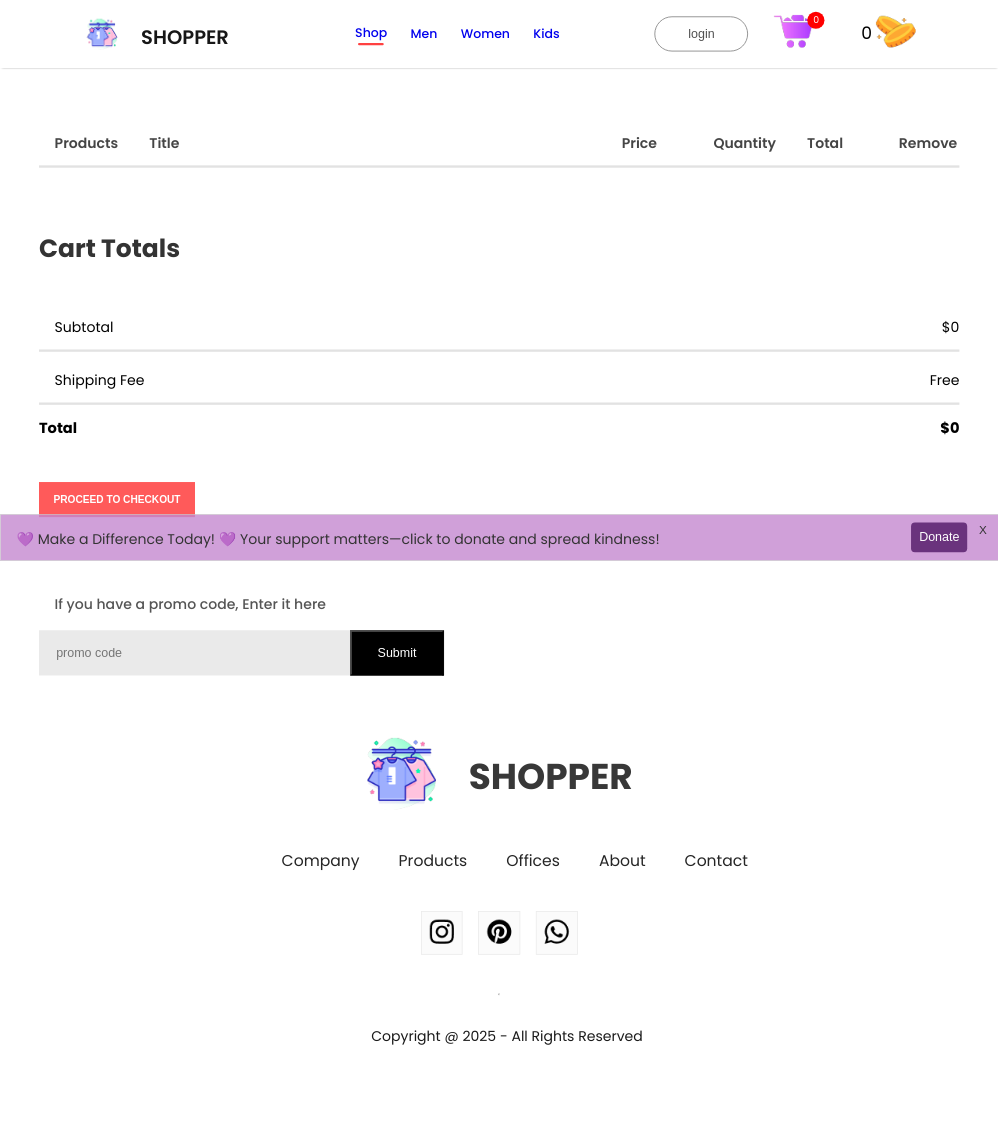
Repository: PayalJakhar/Shoppers-E-commerce-Website
Page: /cart (app in frontend/)
The author's editor kept a copy of each file at every save. The page is drawn from the files as they stood at one save, then again after a run of saves.
The browser window is 1280 px wide. The pictures show the whole page, at 78% of full size.
The page's requests for data from a server got no answer. The project was rebuilt for these pictures with package versions that can differ from the ones it lists, and the page was loaded fresh each time. No one was signed in, and anything a server would have sent is missing. Also part of the build but not shown: frontend/src/App.css, frontend/src/Components/Hero/Hero.css, frontend/src/Components/Hero/Hero.jsx, frontend/src/Components/Popular/Popular.css, frontend/src/Components/Item/Item.css, frontend/src/Components/Item/Item.jsx, frontend/src/Components/Popular/Popular.jsx, frontend/src/Components/Offers/Offers.css and 21 more.

Above is the page before, as saved 2025-02-07 19:40:56.

### frontend/src/index.css
*{
  margin:0;
}
body {
  margin: 0;
  font-family: -apple-system, BlinkMacSystemFont, 'Segoe UI', 'Roboto', 'Oxygen',
    'Ubuntu', 'Cantarell', 'Fira Sans', 'Droid Sans', 'Helvetica Neue',
    sans-serif;
  -webkit-font-smoothing: antialiased;
  -moz-osx-font-smoothing: grayscale;
  font-family:'poppins';
}

code {
  font-family: source-code-pro, Menlo, Monaco, Consolas, 'Courier New',
    monospace;
}

### frontend/src/Components/Navbar/Navbar.jsx
import React, { useContext, useState, useRef } from 'react';
import { Link } from 'react-router-dom';
import './Navbar.css';
import logo from '../Assets/Frontend_Assets/logo.png';
import cart_icon from '../Assets/Frontend_Assets/cart_icon.png';
import coin_icon from '../Assets/Frontend_Assets/coin_icon.png';
import { ShopContext } from '../../Context/ShopContext';
import nav_dropdown from '../Assets/Frontend_Assets/nav_dropdown.png'

export default function Navbar() {
    const [menu, setMenu] = useState('shop');
    const {getTotalCartItems} = useContext(ShopContext);
    const menuRef = useRef();

    const dropdown_toggle = (e) =>{
        menuRef.current.classList.toggle('nav-menu-visible');
        e.target.classList.toggle('open');
    }


    return (
        <div className="navbar">
            <div className="nav-logo">
                <img src={logo} alt="" />
                <p> SHOPPER</p>
            </div>
            <img  className='nav-dropdown' onClick={dropdown_toggle} src={nav_dropdown} alt=""/>
            <ul ref={menuRef} className="nav-menu">
                <li onClick={() => { setMenu('shop') }}><Link style={{textDecoration:'none'}} to='/'>Shop</Link>{menu === 'shop' ? <hr /> : <></>}</li>
                <li onClick={() => { setMenu('mens') }}><Link style={{textDecoration:'none'}} to='/mens'>Men</Link>{menu === 'mens' ? <hr /> : <></>}</li>
                <li onClick={() => { setMenu('women') }}><Link style={{textDecoration:'none'}} to='/women'>Women</Link>{menu === 'women' ? <hr /> : <></>}</li>
                <li onClick={() => { setMenu('kids') }}><Link style={{textDecoration:'none'}} to='/kids'>Kids</Link>{menu === 'kids' ? <hr /> : <></>}</li>
            </ul>
            <div className="nav-login-cart">
                {localStorage.getItem('auth-token')?<button onClick={()=>{localStorage.removeItem('auth-token');window.location.replace('/')}}>Logout</button>:<Link style={{textDecoration:'none'}} to='/login'><button>login</button></Link>}
                <Link style={{textDecoration:'none'}} to='/cart'><img src={cart_icon} alt="" /></Link>
                <div className="nav-cart-count">{getTotalCartItems()}</div>
            </div>
            <div className="nav-coin-count">0</div>
            <div className="nav-login-coin">
            <img src={coin_icon} alt="" />
            </div>
        </div>
    )
}

### frontend/src/Pages/Cart.jsx
import React from 'react'
import CartItems from '../Components/CartItems/CartItems'

export default function Cart() {
  return (
    <div>
      <CartItems/>
    </div>
  )
}

### frontend/src/Components/Footer/Footer.jsx
import React from 'react'
import './Footer.css'
import footer_logo from '../Assets/Frontend_Assets/logo_big.png'
import instagram_icon from '../Assets/Frontend_Assets/instagram_icon.png'
import pintester_icon from '../Assets/Frontend_Assets/pintester_icon.png'
import whatsapp_icon from '../Assets/Frontend_Assets/whatsapp_icon.png'
export default function Footer() {
  return (
    <div className='footer'>
        <div className="footer-logo">
            <img src={footer_logo} alt=""/>
            <p>SHOPPER</p>
        </div>
        <ul className="footer-links">
            <li>Company</li>
            <li>Products</li>
            <li>Offices</li>
            <li>About</li>
            <li>Contact</li>
        </ul>
        <div className="footer-social-icon">
            <div className="footer-icons-container">
                <img src={instagram_icon} alt=""/>
            </div>
            <div className="footer-icons-container">
                <img src={pintester_icon} alt=""/>
            </div>
            <div className="footer-icons-container">
                <img src={whatsapp_icon} alt=""/>
            </div>
        </div>
        <div className="footer-copyright">
            <hr/>
            <p>Copyright @ 2025 - All Rights Reserved</p>
        </div>
    </div>
  )
}

### frontend/src/Components/Donate/Donate.jsx
import React, { useState } from 'react';
import { Link } from 'react-router-dom';
import './Donate.css';

const Donate = () => {
  const [value, setValue] = useState('flex');
  const [isOpen, setIsOpen] = useState(false);

  const openModal = () => {
    setIsOpen(true);
    setValue('none');
  };

  const closeModal = () => {
    setIsOpen(false);
    setValue('flex');
  };

  return (
    <>
      <div className='donates' style={{ display: value }}>
        <p>💜 Make a Difference Today! 💜 Your support matters—click to donate and spread kindness!</p>
        <div className='donate-ins'>
          <button className='paras' onClick={openModal}>Donate</button>
          <button className='texts' onClick={() => setValue('none')}>X</button>
        </div>
      </div>
      {isOpen && (
        <div className="modals">
          <div className="modal-contents">
            <span className="closes" onClick={closeModal}>&times;</span>
            <h2>🌼 Donate & Earn Rewards! 🌼</h2>
            <ul>
              <li>✔ Support a Cause: Your donations go directly to trusted NGOs, making a real impact</li>
              <li>✔ Minimum 5 Items: Donate at least 5 clothes to contribute</li>
              <li>✔ Earn Rewards: Get 100 points per donation—stack up to 500 points to unlock exclusive discounts & coupons!</li>
              <li>✔ Quality Matters: Clothes should have no more than 20% damage—let's keep it wearable for those in need!</li>
              💙 Give. Earn. Save. Start donating today!
            </ul>
            <button className="donate-buttons" onClick={()=>{setValue('none');setIsOpen(false)}}>
              <Link style={{ textDecoration: 'none', color:'white'}} to='/donation'>Donate Now</Link>
            </button>
          </div>
        </div>
      )}
    </>
  );
}

export default Donate;

### frontend/src/Components/Navbar/Navbar.css
.navbar{
    display:flex;
    justify-content:space-around;
    padding:16px;
    box-shadow:0 1px 3px -2px black;
    align-items: center;
}

.nav-logo{
    display:flex;
    align-items:center;
    gap:10px;
}

.nav-logo p{
    color: #171717;
    font-size: 38px;
    font-weight:600;
}

.nav-menu{
    display:flex;
    align-items:center;
    list-style:none;
    gap:50px;
    color: #626262;
    font-size:20px;
    font-weight: 500;
}

.nav-menu li{
    display:flex;
    flex-direction:column;
    align-items:center;
    justify-content:center;
    cursor:pointer;
}

.nav-menu hr{
    border:none;
    width:80%;
    height:3px;
    border-radius:10px;
    background: #FF4141;
}

.nav-login-cart{
    display:flex;
    align-items:center;
    gap:45px;
}

.nav-login-cart button{
    width:157px;
    height:58px;
    outline:none;
    border:1px solid #7a7a7a;
    border-radius:75px;
    color:#515151;
    font-size:20px;
    font-weight:500;
    background:white;
    cursor:pointer;
}

.nav-login-cart button:hover{
    background:#f3f3f3;
}

.nav-cart-count{
    width:22px;
    height:22px;
    display:flex;
    justify-content:center;
    align-items:center;
    margin-top:-35px;
    margin-left:-55px;
    border-radius:11px;
    font-size:14px;
    background:red;
    color:white;
}

.nav-dropdown{
    display: none;
}
.nav-coin-count{
    width:22px;
    height:35px;
    margin-left:-75px;
    margin-right:-125px;
    font-size:22px;
}

.nav-login-coin{
    margin-right:-5px;
}
/* here we are making it responsive for max-width: 1280px */

@media(max-width: 1280px){
    .navbar{
        padding: 12px 50px;
    }

    .nav-logo img{
        width: 40px;
    }
    .nav-logo p{
        font-size: 25px;
    }
    .nav-menu{
        gap: 30px;
        font-size: 16px;
    }
    .nav-login-cart{
        gap: 30px;
    }
    .nav-login-cart button{
        width: 120px;
        height: 45px;
        font-size: 16px;
    }
    .nav-cart-count{
        margin-left: -40px;
        font-size: 12px;
    }
}

@media(max-width: 1024px){
    .navbar{
        padding: 12px 30px;
    }

    .nav-menu{
        gap: 25px;
        font-size: 14px;
    }
    .nav-login-cart button{
        width: 80px;
        height: 35px;
        font-size: 14px;
    }
    .nav-cart-count{
        width: 18px;
        height: 18px;
    }
    .nav-login-cart img{
        width: 30px;
    }
}

@media(max-width: 800px){
    .navbar{
        padding: 10px 0px;
    }

    .nav-dropdown{
        display: block;
        width: 30px;
        rotate: -90deg;
        transition: 0.5s;
    }
    .nav-menu{
        display: none;
        height: 80px;
        width: 100%;
        position: absolute;
        background-color: white;
        justify-content: center;
        top: 50px;
    }
    .nav-menu-visible{
        display: flex;
    }
    .nav-dropdown.open{
        transform: rotate(90deg);
    }
}


@media(max-width: 500px){
    .navbar{
        padding: 8px 0px;
        gap: 0;
    }

    .nav-logo{
       transform: scale(0.8);
    }
    .nav-menu{
        height: 70px;
        top: 50px;
        display: none;
    }
    .nav-login-cart{
        transform: scale(0.8);
    }
    .nav-menu-visible{
        display: flex;
    }
    .nav-dropdown.open{
        transform: rotate(90deg);
    }
}

### frontend/src/Components/CartItems/CartItems.jsx
import React, { useContext } from 'react';
import './CartItems.css';
import { ShopContext } from '../../Context/ShopContext';
import remove_icon from '../Assets/Frontend_Assets/cart_cross_icon.png';

const CartItems = () => {
    const { getTotalCartAmount, all_product, cartItems, removeFromCart } = useContext(ShopContext);
    return (
        <div className='cartitems'>
            <div className="cartitems-format-main">
                <p>Products</p>
                <p>Title</p>
                <p>Price</p>
                <p>Quantity</p>
                <p>Total</p>
                <p>Remove</p>
            </div>
            <hr />
            {all_product.map((e) => {
                if (cartItems[e.id] > 0) {
                    return (
                        <div key={e.id}>
                            <div className="cartiitems-format cartitems-format-main">
                                <img src={e.image} alt="" className='carticon-product-icon' />
                                <p>{e.name}</p>
                                <p>${e.new_price}</p>
                                <button className='cartitems-quantity'>{cartItems[e.id]}</button>
                                <p>${e.new_price * cartItems[e.id]}</p>
                                <img
                                    className='cartitems-remove-icon' src={remove_icon} onClick={() => { removeFromCart(e.id) }} alt="" />
                            </div>
                            <hr />
                        </div>
                    );
                }
                return null;
            })}
            <div className="cartitems-down">
                <div className="cartitems-total">
                    <h1>Cart Totals</h1>
                    <div>
                        <div className="cartitems-total-item">
                            <p>Subtotal</p>
                            <p>${getTotalCartAmount()}</p>
                        </div>
                        <hr />
                        <div className="cartitems-total-item">
                            <p>Shipping Fee</p>
                            <p>Free</p>
                        </div>
                        <hr />
                        <div className="cartitems-total-item">
                            <h3>Total</h3>
                            <h3>${getTotalCartAmount()}</h3>
                        </div>
                    </div>
                    <button>PROCEED TO CHECKOUT</button>
                </div>
                <div className="cartitems-promocode">
                    <p>If you have a promo code, Enter it here</p>
                    <div className="cartitems-promobox">
                        <input type="text" placeholder='promo code' />
                        <button>Submit</button>
                    </div>
                </div>
            </div>
        </div>
    );
}

export default CartItems;

### frontend/src/Components/Footer/Footer.css
.footer{
    display: flex;
    flex-direction: column;
    justify-content: center;
    align-items: center;
    gap: 50px;
    margin-bottom:80px;
}

.footer-logo{
    display: flex;
    align-items: center;
    gap: 20px;
}

.footer-logo p{
    color: #383838;
    font-size: 46px;
    font-weight: 700;

}

.footer-links{
    display: flex;
    list-style: none;
    gap: 50px;
    color: #252525;
    font-size: 20px;
}

.footer-links li{
    cursor: pointer;
}

.footer-social-icon{
    display: flex;
    gap: 20px;
}

.footer-icons-container{
    padding: 10px;
    padding-bottom:6px;
    background: #fbfbfb;
    border: 1px solid #ebebeb;
}

.footer-copyright{
    display: flex;
    flex-direction: column;
    align-items: center;
    gap: 30px;
    width: 100%;
    margin-bottom: 30px;
    color: #1a1a1a;
    font-size: 20px;
}

.footer-copyright r{
    width: 80%;
    border: none;
    border-radius: 10px;
    height: 3px;
    background: #c7c7c7;
}

@media(max-width: 800px){
    .footer{
        gap: 20px;
    }
    .footer-lgo{
        gap: 10px;
        align-items: end;
    }
    .footer-logo img{
        width: 40px;
    }
    .footer-logo p{
        font-size: 25px;
    }
    .footer-links{
        font-size: 14px;
        gap: 10px;
    }
    .footer-social-icon img{
        width: 22px;
    }
    .footer-copyright{
        font-size: 13px;
    }
}

### frontend/src/Components/Donate/Donate.css
.donates {
    position: fixed;
    bottom:1px;
    display:flex;
    justify-content:space-between;
    width: 100%;
    background-color: rgb(197, 137, 208);
    padding: 10px 0px 10px 0px;
    border: 1px solid #ccc;
    z-index: 1000;
    opacity:0.8;
    animation: slideInUp 0.9s ease-out forwards;
}

.donate-ins{
    position:relative;
    margin-right:40px;
    display:flex;
    gap:30px;
}

p{
    padding-top:8px;
    margin-left:20px;
    weight:300;
    font-size:18px;
}

.paras {
    padding: 10px;
    margin-right:1px;
    font-size: 16px;
    border: none;
    background-color: #45015d;
    color: white;
    cursor: pointer;
    border-radius: 5px;
}

.texts{
    background-color:transparent;
    border:none;
    position: absolute;
    top: 0;
    right: -30px;
    font-size:15px;
    font-weight:500;
}

.paras:hover{
background-color: #00060a;
}

.texts:hover{
    color:white;
}

.modals {
    display: flex;
    justify-content: center;
    align-items: center;
    position: fixed;
    z-index: 1;
    left: 0;
    right:0;
    bottom:0;
    top: 0;
    width: 100%;
    height: 100%;
    background-color: rgba(0,0,0,0.5);
}

.modal-contents {
    background-color: #fefefe;
    margin: 15% auto;
    padding: 20px;
    border: 1px solid #888;
    width: 80%;
    border-radius: 10px;
    text-align: center;
    box-shadow: 0 4px 8px rgba(0,0,0,0.2);
}

.closes {
    color: #aaa;
    float: right;
    font-size: 28px;
    font-weight: bold;
}

.closes:hover,
.closes:focus {
    color: black;
    text-decoration: none;
    cursor: pointer;
}

.donate-buttons {
    background-color: #802ea5;
    color: white;
    padding: 10px 20px;
    text-align: center;
    text-decoration: none;
    display: inline-block;
    font-size: 16px;
    margin: 15px 2px 0px 2px;
    cursor: pointer;
    border-radius: 5px;
    transition: background-color 0.3s;
    border:none;
}

.donate-buttons:hover {
    background-color: #170122;

}

.open-modal-buttons {
    background-color: #ffebcd;
    color: #333;
    padding: 10px 15px;
    border: none;
    border-radius: 5px;
    cursor: pointer;
    font-size: 16px;
    margin: 20px;
    transition: background-color 0.3s;
}

.modal-contents ul {
    list-style: none;
    padding: 0;
    margin: 0;
}

.modal-contents li {
    display: flex;
    align-items: center;
    gap: 8px;
    padding: 8px 0;
    font-size: 16px;
}


.open-modal-buttons:hover {
    background-color: #f0e68c;
}


@keyframes slideInUp {
    0% {
      transform: translateY(100%);
      opacity: 0;
    }
    100% {
      transform: translateY(0);
      opacity: 0.8;
    }
  }


  @media(max-width:500px){
    .donate{
        height:50px;
        gap:2px;
    }
    p{
        font-size: 10px;
    }
    .para{
        font-size: 13px;
    }
    .text{
        font-size:12px;
    }
}

### frontend/src/Components/CartItems/CartItems.css
.cartitems{
    margin: 100px 70px;
}
.cartitems hr{
    height: 3px;
    background: #e2e2e2;
    border: 0;
}
.cartitems-format-main{
    display: grid;
    grid-template-columns: 0.5fr 2fr 1fr 1fr 1fr 1fr;
    align-items: center;
    gap: 75px;
    padding: 20px 0px;
    color: #454545;
    font-size: 18px;
    font-weight: 600;

}
.cartiitems-format{
    font-size: 17px;
    font-weight: 500;
}
.carticon-product-icon{
    height: 62px;
}
.cartitems-remove-icon{
    width: 15px;
    margin: 0px 40px;
    cursor: pointer;
}
.cartitems-quantity{
    width: 64px;
    height: 50px;
    border: 2px solid #ebebeb;
    background: #fff;
}
.cartitems-down{
    display: flex;
    margin: 100px 0px;
}
.cartitems-total{
    flex: 1;
    display: flex;
    flex-direction: column;
    margin-right: 200px;
    gap: 40px;

}
.cartitems-total-item{
    display: flex;
    justify-content: space-between;
    padding: 15px 0px;
}
.cartitems-total button{
    width: 262px;
    height: 58px;
    outline: none;
    border: none;
    background: #ff5a5a;
    color:white;
    font-size: 16px;
    font-weight: 600;
    cursor: pointer;
}
.cartitems-promocode{
    flex:1;
    display: flex;
    flex-direction: column;
    font-weight: 500;

}
.cartitems-promocode p{
    color:#555;
    margin-top: 10px;
}
.cartitems-promobox{
    width: 504px;
    margin-top: 20px;
    padding-left: 20px;
    height: 58px;
    background: #eaeaea;
}
.cartitems-promobox input{
    border: none;
    outline: none;
    background: transparent;
    font-size: 16px;
    width: 330px;
    height: 50px;
}
.cartitems-promobox button{
    width: 170px;
    height: 58px;
    font-size: 16px;
    background: black;
    color: white;
    cursor: pointer;
}

@media(max-width:1280px){
    .cartitems{
        margin: 60px 50px;
    }

    .cartitems-format-main{
        grid-template-columns: 0.5fr 3fr 0.5fr 0.5fr 0.5fr 0.5fr;
        gap: 20px;
        padding: 15px 0px;
        font-size: 15px;
    }

    .carticon-product-icon{
        height: 50px;
    }

    .cartitems-remove-icon{
        margin: auto;
    }

    .cartitems-quantity{
        width: 40px;
        height: 30px;
    }

    .cartitems-down{

        margin: 80px 0px;

        flex-direction: column;

        gap: 80px;
    }

        .cartitems-total {

        margin: 0px;

        }

        .cartitems-total button{
        max-width: 200px;
        height: 45px;
        font-size: 13px;
        }
        .cartitems-promobox{
        width: auto;
        max-width: 500px;
        }

        .cartitems-promobox input{
            width: 100%;
        }

        .cartitems-promobox button{
            width: 120px;
            margin-left: -125px;
        }

}

@media (max-width:500px){

    .cartitems-format-main{
    display: none;
    grid-template-columns: 0.5fr 3fr 0.5fr;
        gap : 10px;
    }

    .cartitems-format{
    display: grid;
    }
}

Loaded but not shown: frontend/public/index.html (common file); frontend/src/reportWebVitals.js (common file); frontend/src/App.js (38 lines, source omitted); frontend/src/index.js (20 lines, source omitted); frontend/src/Components/Donation/Donation.css (243 lines, source omitted); frontend/src/Context/ShopContext.jsx (115 lines, source omitted)

After the next 2 saves:
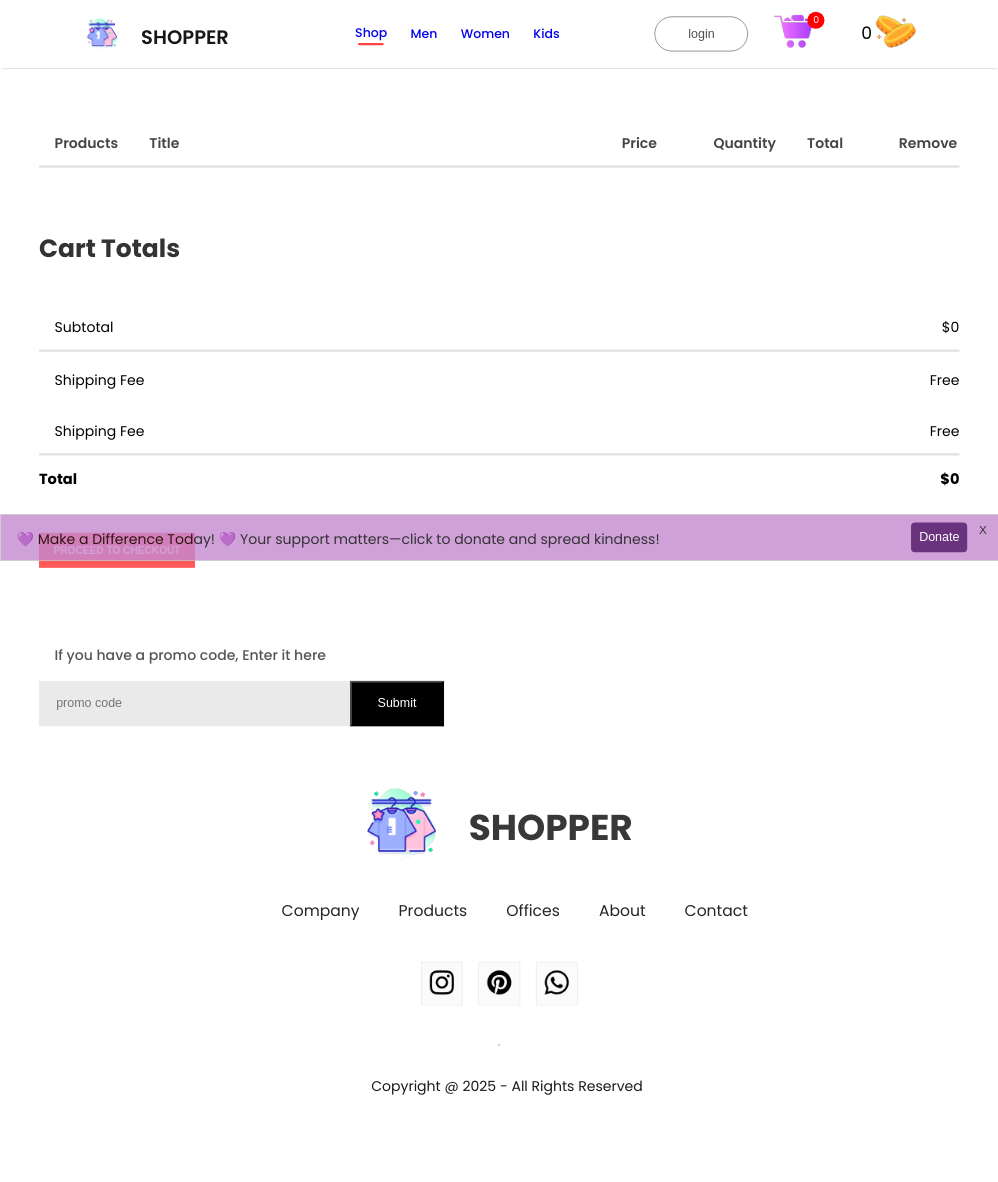
The 2 saves are shown as one change because they came seconds apart.
The last was saved 3 h 46 min later.
--- a/frontend/src/Components/CartItems/CartItems.jsx
+++ b/frontend/src/Components/CartItems/CartItems.jsx
@@ -48,6 +48,10 @@ const CartItems = () => {
                             <p>Shipping Fee</p>
                             <p>Free</p>
                         </div>
+                        <div className="cartitems-total-item">
+                            <p>Shipping Fee</p>
+                            <p>Free</p>
+                        </div>
                         <hr />
                         <div className="cartitems-total-item">
                             <h3>Total</h3>
